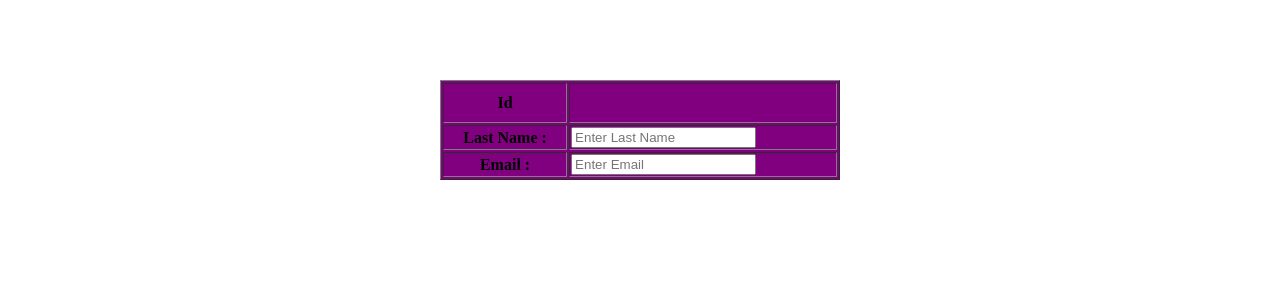
Repository: 1919satya/Mode2
Page: sample/sample/WebContent/table.html
These files come from the project's save history. The page is drawn as it stood at one moment and after the next save; the edit follows.
The browser window is 1280 px wide. The pictures show the whole page.

Above is the page before, as saved 2019-10-10 12:43:57.

After the next save:
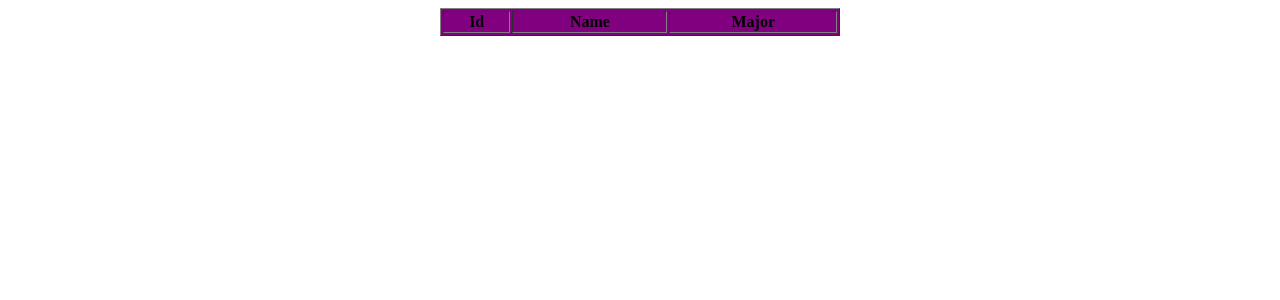
Saved 3 min 2 s later.
--- a/sample/sample/WebContent/table.html
+++ b/sample/sample/WebContent/table.html
@@ -11,18 +11,10 @@
  <tr>
 
     <th>Id</th>
-   <td 1001 /><br/><br/>
-   </tr>
+    <th>Name</th>
+    <th>Major</th>
+ </tr>
 
-   <tr>
-    <th>Last Name :</th>
-    <td><input type="text" placeholder="Enter Last Name" name="lastName" required></td> <br/><br/>
-    </tr>
-
-    <tr>
-    <th>Email :</th>
-   <td><input type="text" placeholder="Enter Email" name="email" required></td> <br/><br/>
-   </tr>
 
  </table>
 </form>
